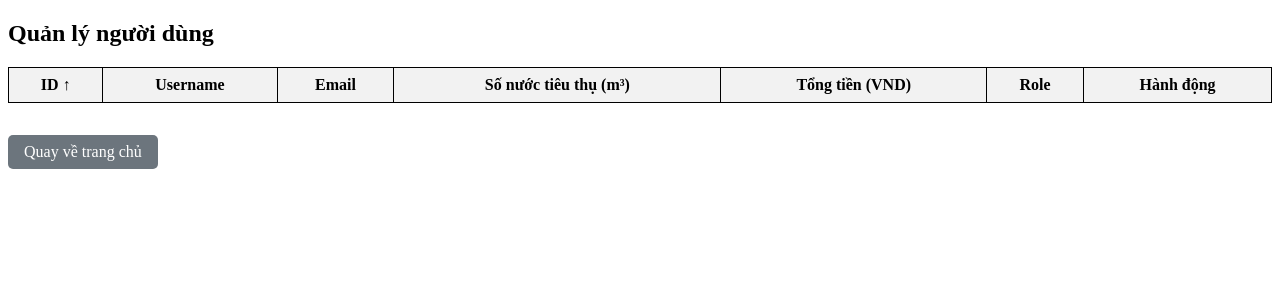
Repository: TuanAnhNguyen723/DanhGiaKIemDinh
Page: http://localhost/phpmailer/quanly.php
The author's editor kept a copy of each file at every save. The page is drawn from the files as they stood at one save, then again after the next save.
The browser window is 1280 px wide. The pictures show the whole page.
The page is run by PHP 8.4 with error messages shown; the project is at /var/www/html/. Queries for data that is not in the repository find no rows.

Above is the page before, as saved 2024-05-27 08:42:40.

After the next save:
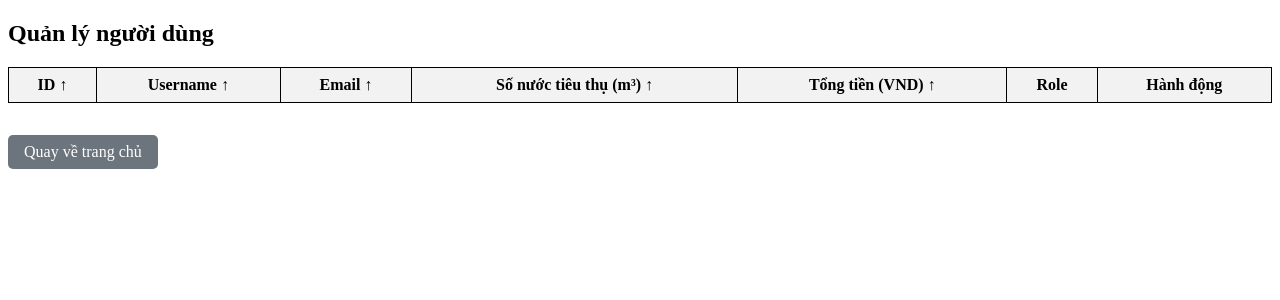
Saved 12 s later.
--- a/quanly.php
+++ b/quanly.php
@@ -180,10 +180,10 @@ mysqli_close($link);
 <table>
     <tr>
         <th scope="col" onclick="sortable(0, true, true)">ID &#x2191;</th>
-        <th scope="col" onclick="sortable(0, true, true)">Username</th>
-        <th scope="col" onclick="sortable(0, true, true)">Email</th>
-        <th scope="col" onclick="sortable(0, true, true)">Số nước tiêu thụ (m³)</th>
-        <th scope="col" onclick="sortable(0, true, true)">Tổng tiền (VND)</th>
+        <th scope="col" onclick="sortable(0, true, true)">Username &#x2191;</th>
+        <th scope="col" onclick="sortable(0, true, true)">Email &#x2191;</th>
+        <th scope="col" onclick="sortable(0, true, true)">Số nước tiêu thụ (m³) &#x2191;</th>
+        <th scope="col" onclick="sortable(0, true, true)">Tổng tiền (VND) &#x2191;</th>
         <th>Role</th>
         <th>Hành động</th>
     </tr>
